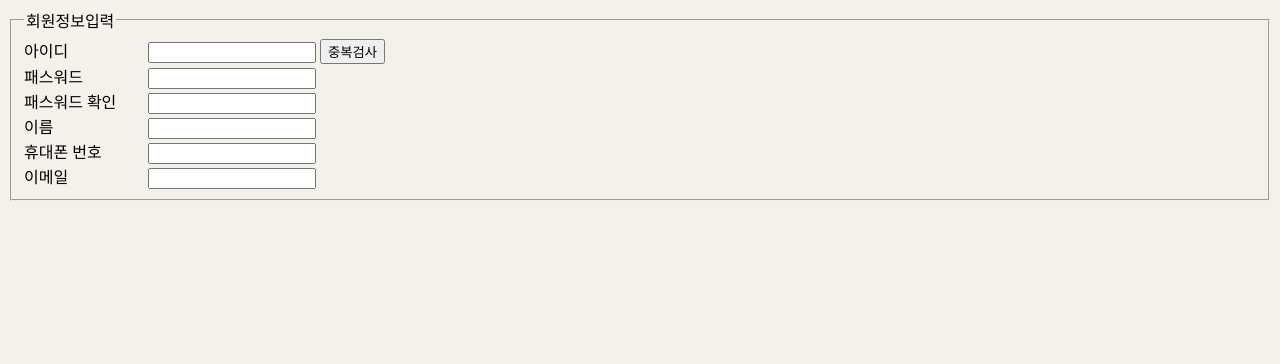
Repository: chaeunji91/2020_12_firstspring_practice
Page: HomePage_Prototype/src/main/webapp/WEB-INF/views/login.html
These files come from the project's save history. The page is drawn as it stood at one moment and after the next save; the edit follows.
The browser window is 1280 px wide. The pictures show the whole page.

Above is the page before, as saved 2020-11-27 08:50:12.

After the next save:
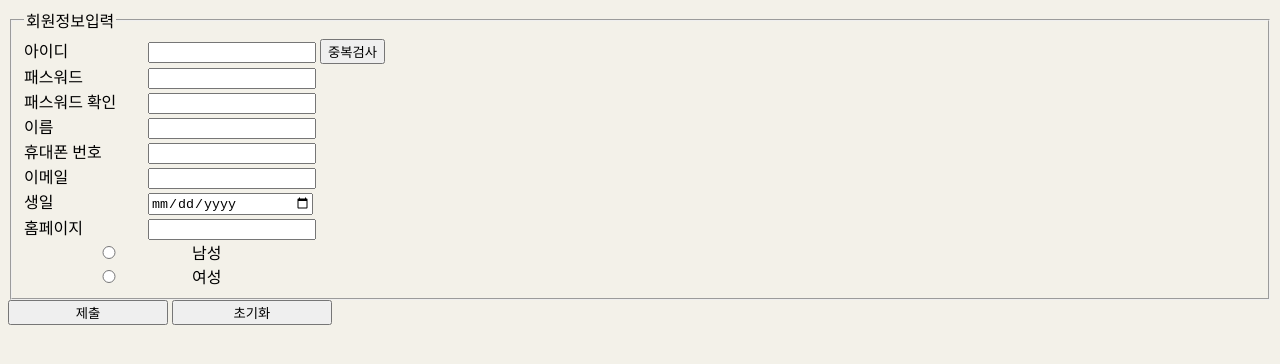
Saved 61 s later.
--- a/HomePage_Prototype/src/main/webapp/WEB-INF/views/login.html
+++ b/HomePage_Prototype/src/main/webapp/WEB-INF/views/login.html
@@ -41,5 +41,18 @@
                 <label for="email">이메일</label>
                 <input type="email" name="email">
                 <br>
+                <label for="dob">생일</label>
+                <input type="date" name="dob">
+                <br>
+                <label for="url">홈페이지</label>
+                <input type="url" name="url">
+                <br>
+                <input type="radio" name="gender" value="Male">남성<br>
+                <input type="radio" name="gender" value="Female">여성<br>
+            </fieldset>
+            <input type="submit" name="submit" value="제출" />
+            <input type="reset" name="reset" value="초기화" />
+        </form>
+    </div>
 </body>
 </html>
